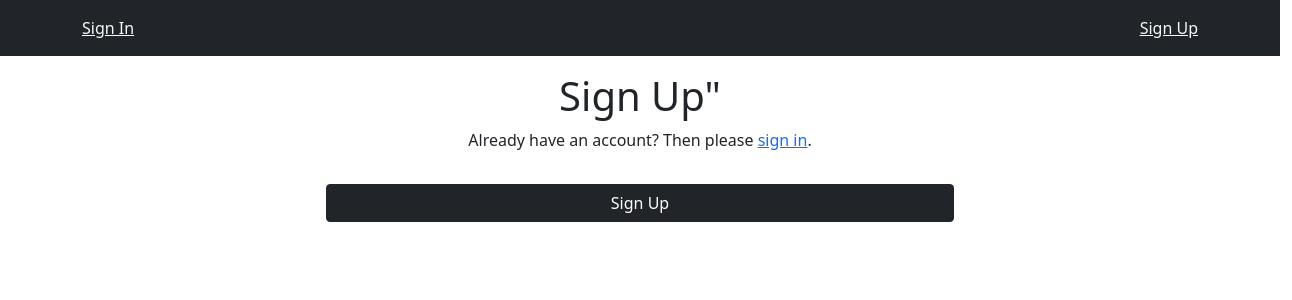
Repository: akankshaajoshi/student-counselling-application
Page: templates/account/signup.html
The author's editor kept a copy of each file at every save. The page is drawn from the files as they stood at one save, then again after the next save.
The browser window is 1280 px wide. The page is 1292 px wide, so the pictures cover 1292 px, including what lies to the right of the window. The pictures show the whole page.
The template is drawn by Django 3.2. The application's start-up code is not run. Other server files are loaded and not shown. The template is opened directly, without the code that normally fills it, so the values that code supplies are empty.

Above is the page before, as saved 2024-04-25 14:12:40.

### templates/account/signup.html
{% extends "account/base.html" %} {% load i18n %} {% load crispy_forms_filters %} {% block content %}
<div class="text-center">
  <h1>Sign Up"</h1>
  <p>{% blocktrans %}Already have an account? Then please <a href="{{ login_url }}">sign in</a>.{% endblocktrans %}</p>
</div>
<div class="row">
  <div class="col-md-6 offset-md-3">
    <form class="signup" id="signup_form" method="post" action="{% url 'account_signup' %}">
      {% csrf_token %} {{ form|crispy }} {% if redirect_field_value %}
      <input type="hidden" name="{{ redirect_field_name }}" value="{{ redirect_field_value }}" />
      {% endif %}
      <div class="d-grid mt-3">
        <button class="btn btn-dark" type="submit">{% trans "Sign Up" %}</button>
      </div>
    </form>
  </div>
</div>
{% endblock %}

### templates/account/base.html
<!DOCTYPE html>
<html>
  <head>
    <title>{% block head_title %}{% endblock %}</title>
    <link
      href="https://cdn.jsdelivr.net/npm/bootstrap@5.0.1/dist/css/bootstrap.min.css"
      rel="stylesheet"
      integrity="sha384-+0n0xVW2eSR5OomGNYDnhzAbDsOXxcvSN1TPprVMTNDbiYZCxYbOOl7+AMvyTG2x"
      crossorigin="anonymous"
    />
    <style>
      .form-group {
        margin-top: 10px;
      }
    </style>
    {% block extra_head %} {% endblock %}
  </head>
  <body>
    {% block body %} {% if messages %}
    <div class="p-2">
      {% for message in messages %}
      <div class="text-center border-bottom">{{message}}</div>
      {% endfor %}
    </div>
    {% endif %}

    <div class="p-3 mb-3 bg-dark">
      <div class="container d-flex justify-content-between">
        {% if user.is_authenticated %}
        <!-- <div><a class="text-light" href="{% url 'account_email' %}">Change E-mail</a></div> -->
        <div><a class="text-light" href="{% url 'student' %}">Admin</a></div>
        <div><a class="text-light" href="{% url 'student_registration' %}">Register</a></div>
        <div><a class="text-light" href="{% url 'student_rankings' %}">Rankings</a></div>
        <div><a class="text-light" href="{% url 'account_logout' %}">Sign Out</a></div>
        {% else %}
        <div><a class="text-light" href="{% url 'account_login' %}">Sign In</a></div>
        <a class="text-light mr-3" href="{% url 'account_signup' %}"> Sign Up</a>
        {% endif %}
      </div>
    </div>
    {% block content %} {% endblock %} {% endblock %} {% block extra_body %} {% endblock %}

    <script
      src="https://cdn.jsdelivr.net/npm/bootstrap@5.0.1/dist/js/bootstrap.bundle.min.js"
      integrity="sha384-gtEjrD/SeCtmISkJkNUaaKMoLD0//ElJ19smozuHV6z3Iehds+3Ulb9Bn9Plx0x4"
      crossorigin="anonymous"
    ></script>
  </body>
</html>

After the next save:
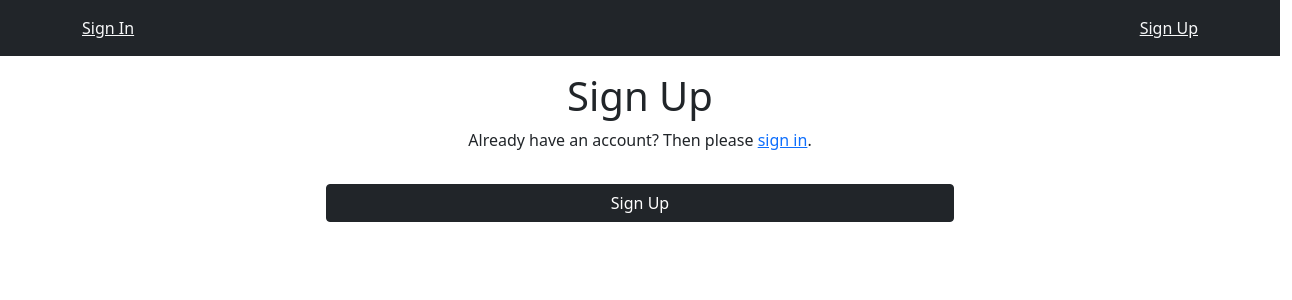
Saved 11 s later.
--- a/templates/account/signup.html
+++ b/templates/account/signup.html
@@ -1,6 +1,6 @@
 {% extends "account/base.html" %} {% load i18n %} {% load crispy_forms_filters %} {% block content %}
 <div class="text-center">
-  <h1>Sign Up"</h1>
+  <h1>Sign Up</h1>
   <p>{% blocktrans %}Already have an account? Then please <a href="{{ login_url }}">sign in</a>.{% endblocktrans %}</p>
 </div>
 <div class="row">
